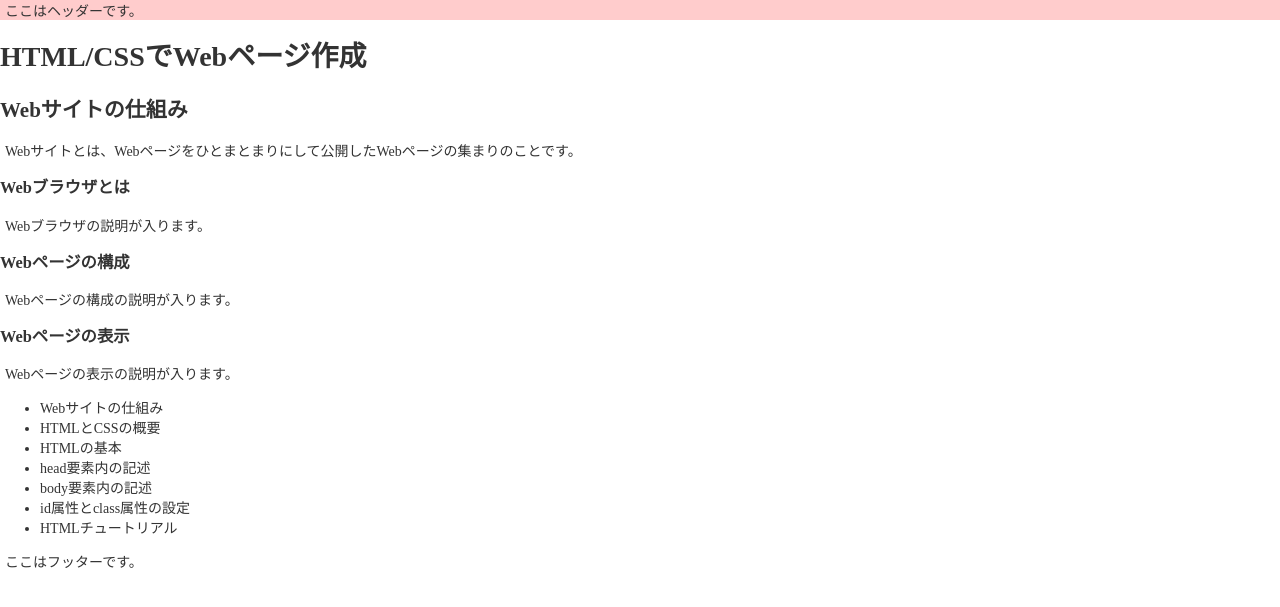
Repository: Naonaka-Saino/first-git
Page: lesson-htmlcss/kadai-html.html
The author's editor kept a record of every edit. The page is drawn from the files as they stood at one moment, then again after the next edit.
The browser window is 1280 px wide. The pictures show the whole page.

Above is the page before.

### lesson-htmlcss/kadai-html.html
<!DOCTYPE html>
<html lang="ja">
    <head>
        <meta charset="utf-8">
        <link rel="stylesheet" href="kadai-css.css">
        <title>HTML/CSSでWebページ作成</title>
    </head>
    <body>
        <header>
            <p>ここはヘッダーです。</p>
        </header>

        <div id="wrapper">
            <div id="main">
                <h1>HTML/CSSでWebページ作成</h1>
                    <h2>Webサイトの仕組み</h2>
                        <p>Webサイトとは、Webページをひとまとまりにして公開したWebページの集まりのことです。</p>
                        <h3>Webブラウザとは</h3>
                            <p>Webブラウザの説明が入ります。</p>
                        <h3>Webページの構成</h3>
                            <p>Webページの構成の説明が入ります。</p>
                        <h3>Webページの表示</h3>
                            <p>Webページの表示の説明が入ります。</p>
            </div>
            <!--mainここまで-->
            <nav id="menu">
                <ul>
                    <li>Webサイトの仕組み</li>
                    <li>HTMLとCSSの概要</li>
                    <li>HTMLの基本</li>
                    <li>head要素内の記述</li>
                    <li>body要素内の記述</li>
                    <li>id属性とclass属性の設定</li>
                    <li>HTMLチュートリアル</li>
                </ul>
            </nav>
        </div>
        <!--wraperここまで-->
        <footer>
            <p>ここはフッターです。</p>
        </footer>
    </body>
</html>

### lesson-htmlcss/kadai-css.css
@charset="UTf-8";

body{
    margin: 0;
    padding: 0;
    color: #333;
    font-size: 14px;
    font-family: "Hiragino Sans";
}

h1,h2,h3{
    margin-top:0;
}

p{
    margin-left:5px;
    margin-top: 0;
}

header{
    background-color:#ffcccc;
}

wrapper{
    width:1000px;
    margin:0 auto;
    display:flex;
}

main{
    width:700px;
}

#menu{
    width:300px;
}

After the next edit:
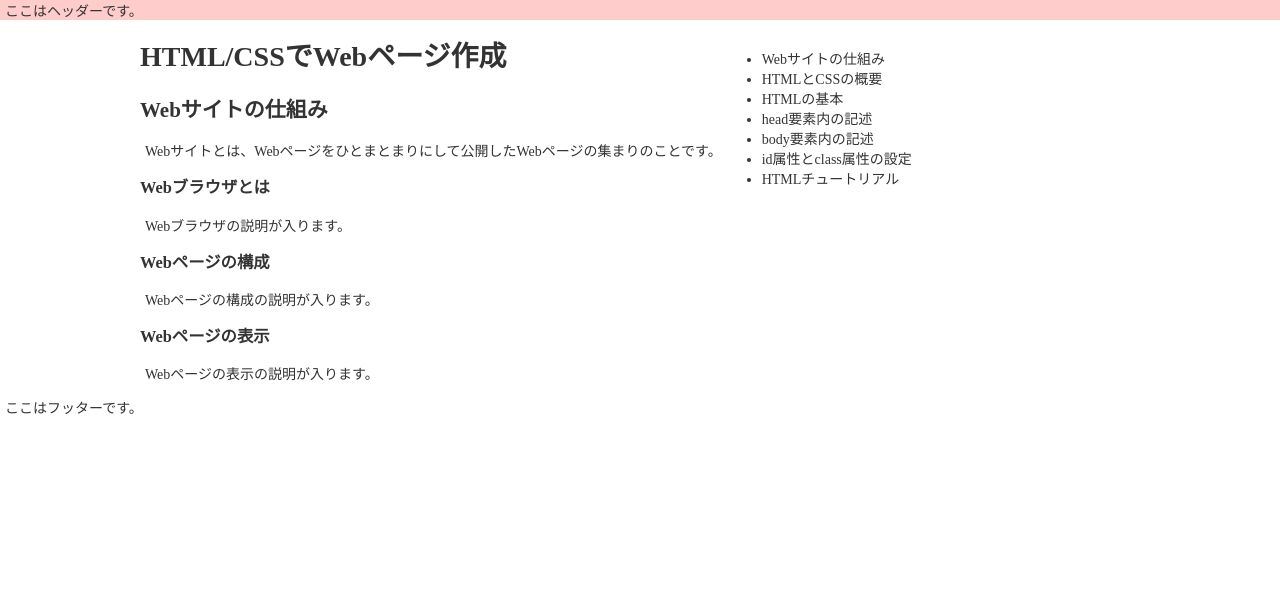
The edit:
--- a/lesson-htmlcss/kadai-css.css
+++ b/lesson-htmlcss/kadai-css.css
@@ -21,7 +21,7 @@
     background-color:#ffcccc;
 }
 
-wrapper{
+#wrapper{
     width:1000px;
     margin:0 auto;
     display:flex;
